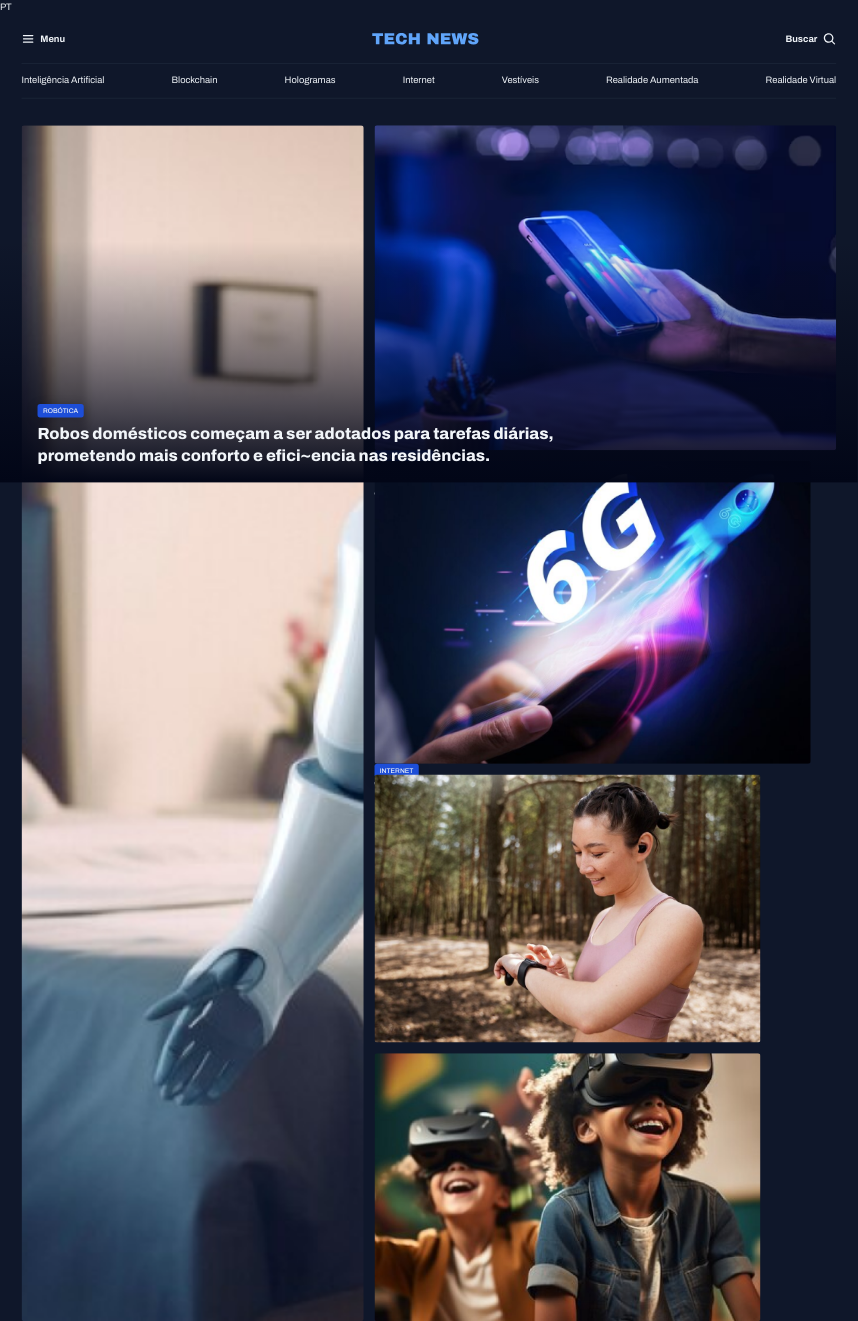
Repository: JeffRodFer/portalDeNoticias
Page: index.html
The author's editor kept a copy of each file at every save. The page is drawn from the files as they stood at one save, then again after a run of saves.
The browser window is 1280 px wide. The pictures show the whole page, at 67% of full size.

Above is the page before, as saved 2025-04-15 21:57:37.

After the next 2 saves:
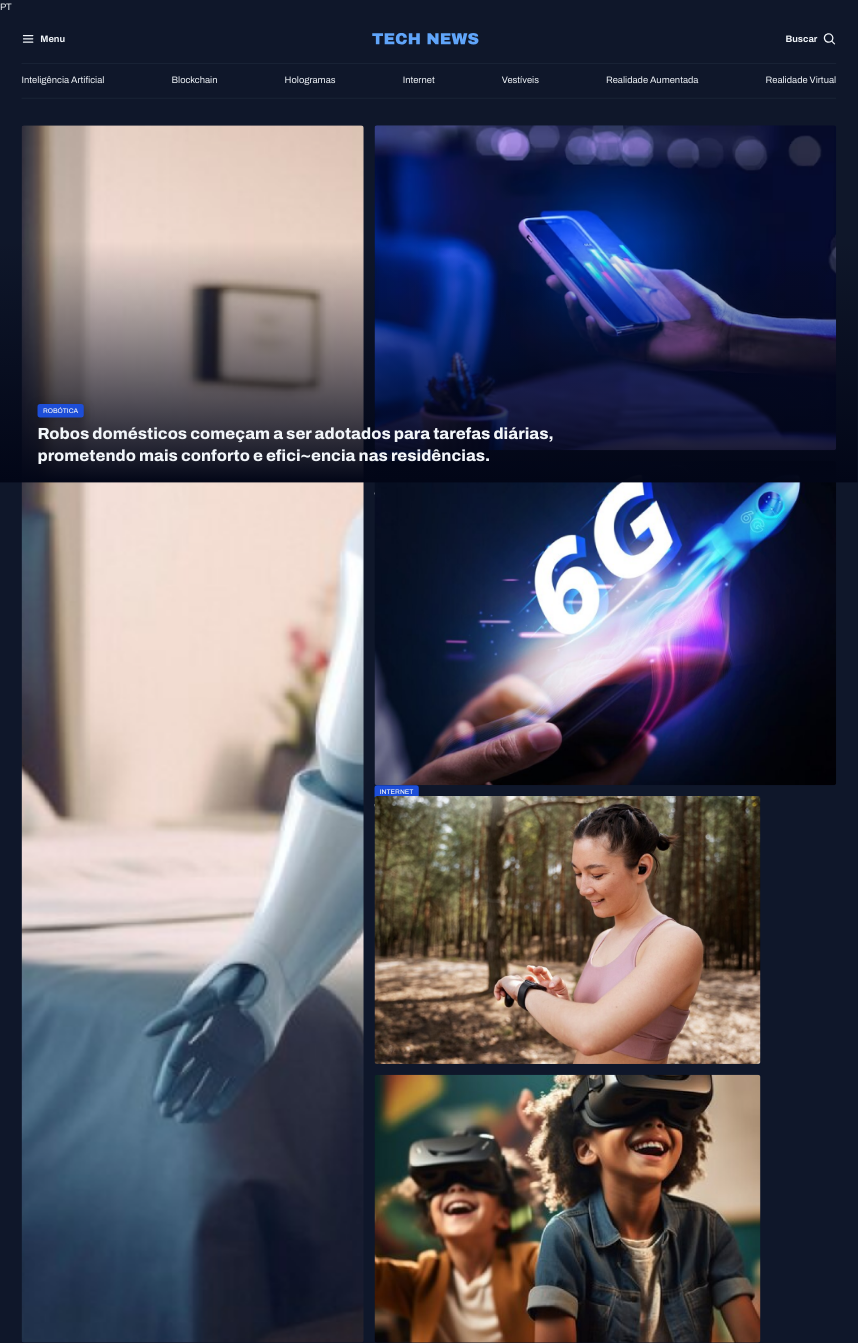
The 2 saves are shown as one change because they came seconds apart.
The last was saved 14 s later.
--- a/index.html
+++ b/index.html
@@ -65,7 +65,7 @@ PT<!DOCTYPE html>
           <figcaption>
             <span class="content-tag">Internet</span>
             <h2 class="text-2xl">
-            Tecnologia 3D chega as metropoles brasileiras
+            Tecnologia 3D chega as metropoles brasileiras, prometent
             </h2>
           </figcaption>
       </figure>
